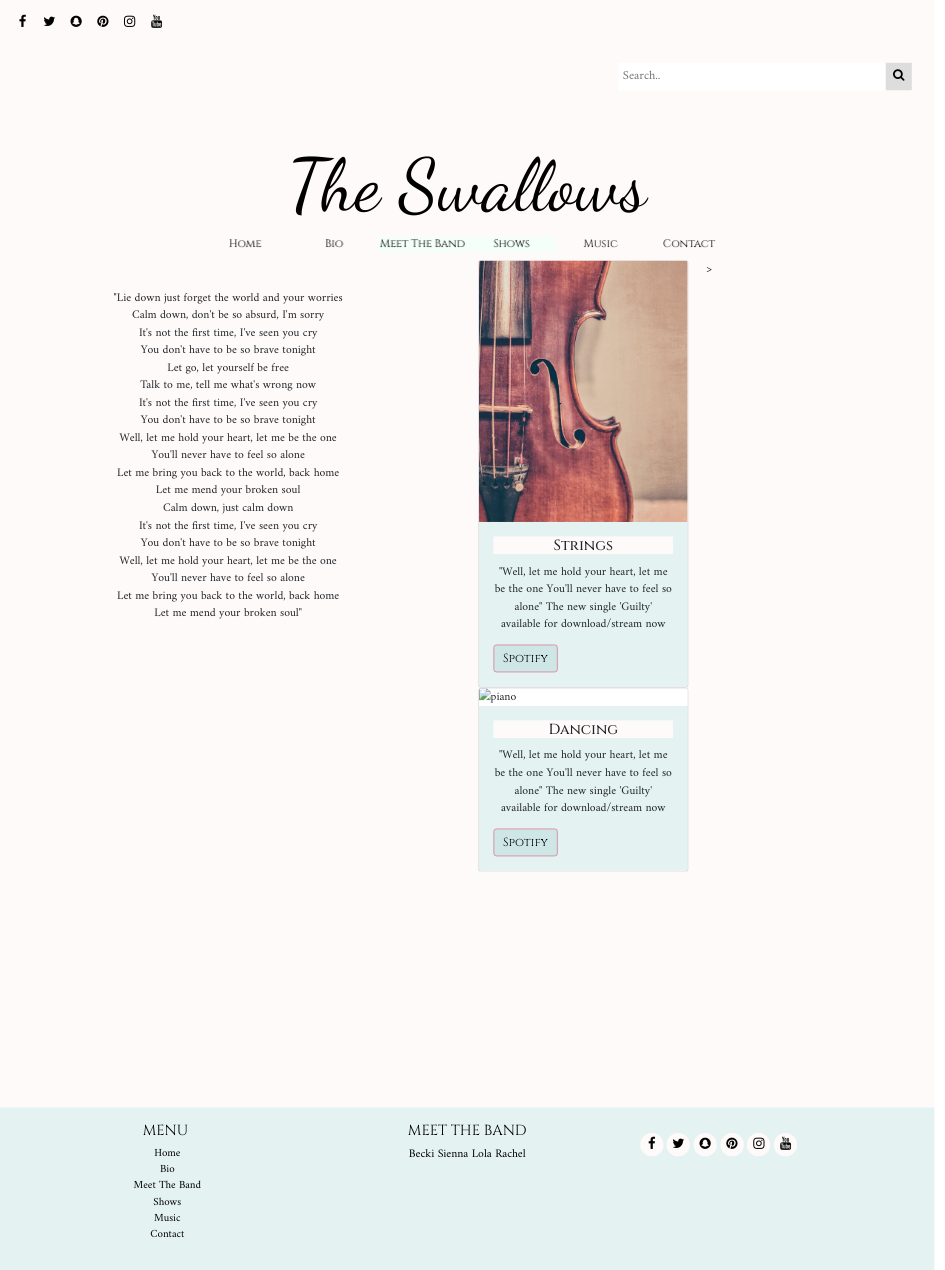
Repository: elizabeth24602/the-swallows
Page: music.html
The author's editor kept a record of every edit. The page is drawn from the files as they stood at one moment, then again after the next edit.
The browser window is 1280 px wide. The page is 1295 px wide, so the pictures cover 1295 px, including what lies to the right of the window. The pictures show the whole page, at 73% of full size.
Pictures or frames that could not be fetched are drawn as grey boxes.

Above is the page before.
Not found: Assessts/Pictures/instruments.jpg

### music.html
<!DOCTYPE html>
<html lang="en">
<head>
    <meta charset="UTF-8">
    <meta name="viewport" content="width=device-width, initial-scale=1.0">
    <meta http-equiv="X-UA-Compatible" content="ie=edge">
    <link rel="stylesheet" href="https://stackpath.bootstrapcdn.com/bootstrap/4.3.1/css/bootstrap.min.css" type="text/css" />
    <link rel="stylesheet" href="https://stackpath.bootstrapcdn.com/font-awesome/4.7.0/css/font-awesome.min.css" type="text/css" />
    <link rel="stylesheet" href="https://fonts.googleapis.com/css?family=Dancing+Script" type="text/css" />
    <link rel="stylesheet" href="https://cdnjs.cloudflare.com/ajax/libs/hover.css/2.3.1/css/hover-min.css" type="text/css" />
    <link rel="stylesheet" href="Assessts/CSS/style.css" type="text/css" />
    <title>The Swallows</title>
</head>
<body>
  <header class="container-fluid">
        <div id="social-links" class="row">
        <div class="col-sm-4">
                <ul class="list-inline social-links">
                    <li class="list-inline-item">
                        <a target="_blank" href="#">
                            <i class="fa fa-facebook" aria-hidden="true"></i>
                            <span class="sr-only">Facebook</span>
                        </a>
                    </li>
                    <li class="list-inline-item">
                        <a target="_blank" href="#">
                            <i class="fa fa-twitter" aria-hidden="true"></i>
                            <span class="sr-only">Twitter</span>
                        </a>
                    </li>
                    <li class="list-inline-item">
                        <a target="_blank" href="#">
                            <i class="fa fa-snapchat" aria-hidden="true"></i>
                            <span class="sr-only">Snapchat</span>
                        </a>
                    </li>
                    <li class="list-inline-item">
                        <a target="_blank" href="#">
                            <i class="fa fa-pinterest" aria-hidden="true"></i>
                            <span class="sr-only">Pinterest</span>
                        </a>
                    </li>
                    <li class="list-inline-item">
                        <a target="_blank" href="#">
                            <i class="fa fa-instagram" aria-hidden="true"></i>
                            <span class="sr-only">Instagram</span>
                        </a>
                    </li>
                    <li class="list-inline-item">
                        <a target="_blank" href="#">
                            <i class="fa fa-youtube" aria-hidden="true"></i>
                            <span class="sr-only">YouTube</span>
                        </a>
                    </li>
                </ul>
            </div>
        </div>
       <div class="topnav">
          <div class="search-container">
            <form action="/action_page.php">
                  <input type="text" placeholder="Search.." name="search">
                  <button type="submit"><i class="fa fa-search"></i></button>
            </form>
          </div>
        </div>
        <div class="row no-gutters bg-color-bandname">
            <div class="col headings">
                <h1 class="bandname">The Swallows</h1>
            </div>
        </div>
        <div class="row no-gutters">
            <div class="col">
                <ul id="nav" class="list-inline menucontainer">
                    <li class="col-4 col-sm-2 ui-menu-color-home list-inline-item menuitem">
                        <a href="index.html" class="hvr-sweep-to-bottom"><span>Home</span></a>
                    </li>
                    <li class="col-4 col-sm-2 ui-menu-color-bio list-inline-item menuitem">
                        <a href="bio.html" class="hvr-sweep-to-bottom"><span>Bio</span></a>
                    </li>
                     <li class="col-4 col-sm-2 ui-menu-color-meet-the-band list-inline-item menuitem">
                        <a href="meet.html" class="hvr-sweep-to-bottom"><span>Meet The Band</span></a>
                    </li>
                    <li class="col-4 col-sm-2 ui-menu-color-shows list-inline-item menuitem">
                        <a href="shows.html" class="hvr-sweep-to-bottom"><span>Shows</span></a>
                    </li>
                    <li class="col-4 col-sm-2 ui-menu-color-music list-inline-item menuitem">
                        <a href="music.html" class="hvr-sweep-to-bottom"><span>Music</span></a>
                    </li>
                    <li class="col-4 col-sm-2 ui-menu-color-contact list-inline-item menuitem">
                        <a href="contact.html" class="hvr-sweep-to-bottom"><span>Contact</span></a>
                    </li>
                </ul>
            </div>
        </div>

    </header>
    <section>
        <div class="row">
            <div class="col-sm-6">
        <p class="lyrics">"Lie down just forget the world and your worries <br>
Calm down, don't be so absurd, I'm sorry <br>
It's not the first time, I've seen you cry <br>
You don't have to be so brave tonight <br>

Let go, let yourself be free <br>
Talk to me, tell me what's wrong now <br>
It's not the first time, I've seen you cry <br>
You don't have to be so brave tonight <br>

Well, let me hold your heart, let me be the one <br>
You'll never have to feel so alone <br>
Let me bring you back to the world, back home <br>
Let me mend your broken soul <br>

Calm down, just calm down <br>
It's not the first time, I've seen you cry <br>
You don't have to be so brave tonight <br>

Well, let me hold your heart, let me be the one <br>
You'll never have to feel so alone <br>
Let me bring you back to the world, back home <br>
Let me mend your broken soul"</p>
</div>
<div class="col-sm-3">
    <div class="card" style="width: 18rem;">
  <img src="Assessts/Pictures/chello.jpg" class="card-img-top" alt="chello">
  <div class="card-body">
    <h5 class="card-title">Strings</h5>
    <p class="card-text">"Well, let me hold your heart, let me be the one You'll never have to feel so alone" The new single 'Guilty' available for download/stream now</p>
    <a href="#" class="btn btn-primary">Spotify</a>
  </div>
</div>
</div.
<div class="col-sm-3">
    <div class="card" style="width: 18rem;">
  <img src="Assessts/Pictures/instruments.jpg" class="card-img-top" alt="piano">
  <div class="card-body">
    <h5 class="card-title">Dancing</h5>
    <p class="card-text">"Well, let me hold your heart, let me be the one You'll never have to feel so alone" The new single 'Guilty' available for download/stream now</p>
    <a href="#" class="btn btn-primary">Spotify</a>
  </div>
</div>
</div>>

</div>
<div class="row">
    <div class="col-sm-12">
        <iframe class="youtube" width="560" height="315" src="https://www.youtube.com/embed/rMNS9oNCL3s" frameborder="0" allow="accelerometer; autoplay; encrypted-media; gyroscope; picture-in-picture" allowfullscreen></iframe>
    </div>
</div>
    </section>
 <footer class="container-fluid">
           <div id="footer-details" class="row">
            <div class="col-sm-4">
                <h5 class="uppercase general-sub">Menu</h5>
                <ul class="inline-block list-inline container-fluid">
                    <li class="list-item">
                        <a target="_blank" href="index.html">
                            <span>Home</span>
                        </a>
                    </li>
                      <li class="list-item">
                        <a target="_blank" href="bio.html">
                            <span>Bio</span>
                        </a>
                    </li>
                      <li class="list-item">
                        <a target="_blank" href="meet.html">
                            <span>Meet The Band</span>
                        </a>
                    </li>
                        </li>
                      <li class="list-item">
                        <a target="_blank" href="shows.html">
                            <span>Shows</span>
                        </a>
                    </li>
                      <li class="list-item">
                        <a target="_blank" href="music.html">
                            <span>Music</span>
                        </a>
                    </li>
                      <li class="list-item">
                        <a target="_blank" href="contact.html">
                            <span>Contact</span>
                        </a>
                    </li>
                </ul>
            </div>
            <div class="col-sm-4">
                <h5 class="uppercase general-sub">Meet the Band</h5>
              <ul class="inline-block list-inline container-fluid">
                    <li class="list-inline-item">
                        <a target="_blank" href="meet.html">
                            <span>Becki</span>
                        </a>
                    </li>
                      <li class="list-inline-item">
                        <a target="_blank" href="meet.html">
                            <span>Sienna</span>
                        </a>
                    </li>
                      <li class="list-inline-item">
                        <a target="_blank" href="meet.html">
                            <span>Lola</span>
                        </a>
                    </li>
                      <li class="list-inline-item">
                        <a target="_blank" href="meet.html">
                            <span>Rachel</span>
                        </a>
                    </li>
                </ul>
            </div>
         <div class="col-sm-4">
                <ul class="list-inline social-links container-fluid">
                    <li class="list-inline-item">
                        <a target="_blank" href="#">
                            <i class="fa fa-facebook" aria-hidden="true"></i>
                            <span class="sr-only">Facebook</span>
                        </a>
                    </li>
                    <li class="list-inline-item">
                        <a target="_blank" href="#">
                            <i class="fa fa-twitter" aria-hidden="true"></i>
                            <span class="sr-only">Twitter</span>
                        </a>
                    </li>
                    <li class="list-inline-item">
                        <a target="_blank" href="#">
                            <i class="fa fa-snapchat" aria-hidden="true"></i>
                            <span class="sr-only">Snapchat</span>
                        </a>
                    </li>
                    <li class="list-inline-item">
                        <a target="_blank" href="#">
                            <i class="fa fa-pinterest" aria-hidden="true"></i>
                            <span class="sr-only">Pinterest</span>
                        </a>
                    </li>
                    <li class="list-inline-item">
                        <a target="_blank" href="#">
                            <i class="fa fa-instagram" aria-hidden="true"></i>
                            <span class="sr-only">Instagram</span>
                        </a>
                    </li>
                    <li class="list-inline-item">
                        <a target="_blank" href="#">
                            <i class="fa fa-youtube" aria-hidden="true"></i>
                            <span class="sr-only">YouTube</span>
                        </a>
                    </li>
                </ul>
            </div>
        </div>

    </footer>
</body>
</html>

### Assessts/CSS/style.css
@import url('https://fonts.googleapis.com/css?family=Dancing+Script:100,200,300,400,500,600,700|Amiri:100,200,300,400,500,600,700|Satisfy:100,200,300,400,500,600,700|Cinzel:100,200,300,400,500,600,700');

/*-------------------------------Colours */

.body {
    background-color: #fffafa;
}

.bg-color-bandname {
 background-color: #fffafa;
}

.ui-menu-color-home {
    background-color: #fffafa;
}

.ui-menu-color-bio {
    background-color: #fffafa;
}

.ui-menu-color-meet-the-band {
    background-color: #f5fffa;
}

.ui-menu-color-shows {
    background-color: #f5fffa;
}

.ui-menu-color-music {
    background-color: #fffafa;
}

.ui-menu-color-contact {
    background-color: #fffafa;
}

/*-------------------------------Search Bar */

* {box-sizing: border-box;}

body {
  margin: 0;
  font-family: Amiri, cursive;
}

.topnav {
  overflow: hidden;
  background-color: #fffafa;
}

.topnav a {
  float: left;
  display: block;
  color: black;
  text-align: center;
  padding: 14px 16px;
  text-decoration: none;
  font-size: 17px;
}

.topnav a:hover {
  background-color: rgba(0, 128, 128, 0.1);
  color: black;
}

.topnav a.active {
  background-color: #fffafa;
  color: white;
}

.topnav .search-container {
  float: right;
}

.topnav input[type=text] {
  padding: 6px;
  margin-top: 8px;
  font-size: 17px;
  border: none;
}

.topnav .search-container button {
  float: right;
  padding: 6px 10px;
  margin-top: 8px;
  margin-right: 16px;
  background: #ddd;
  font-size: 17px;
  border: none;
  cursor: pointer;
}

.topnav .search-container button:hover {
  background: #ccc;
}

@media screen and (max-width: 600px) {
  .topnav .search-container {
    float: none;
  }
  .topnav a, .topnav input[type=text], .topnav .search-container button {
    float: none;
    display: block;
    text-align: left;
    width: 100%;
    margin: 0;
    padding: 14px;
  }
  .topnav input[type=text] {
    border: 1px solid #ccc;
  }
}

/*-------------------------------Special text/padding/margins */

h1,h2,h4 {
    margin: 0;
}

.uppercase {
    text-transform: uppercase;
}

.general-sub {
    font-family: "Cinzel", cursive;
    font-weight: 300;
    color: #000000;
}

.inline-block {
    display: inline-block;
}

/*-------------------------------Heading */

header {
    background: #fffafa;
}

.social-links {
    padding-top: 15px;
    padding-bottom: 15px;
}

.social-links li a i {
    width: 32px;
    height: 32px;
    padding: 12px 0;
    border-radius: 50%;
    font-size: 25px;
    line-height: 7px;
    text-align: center;
    color: #000000;
    background: #fffafa;
    transition: all 0.35s ease-in-out;
    -moz-transition: all 0.35s ease-in-out;
    -webkit-transition: all 0.35s ease-in-out;
    -o-transition: all 0.35s ease-in-out;
}

.social-links li a i:hover {
    background: rgba(0, 128, 128, 0.1);
}

.header {
    margin: 0;
}

.heading {
    margin-left: 50px;
}

.bandname {
    font-family: 'Dancing Script',cursive;
    font-weight: 400;
    font-size: 100px;
    margin-top: 70px;
    color: #000000;
    text-align: center;
}

.list-inline-item:not(:last-child) {
    margin: 0;
}

.menucontainer {
    font-size: 0;
    margin: auto;
    width: 60%;
    padding: 10px;
}

#nav li {
    font-size: 15px;
    font-family: 'Cinzel',cursive;
    padding: 0;
}

.menuitem {
    text-align: center;
    padding: 0;
}

.body {
    text-align: center;
}

.menuitem a {
    width: 100%;
    text-decoration: none;
    color: #000000;
}

/*-------------------------------Hover.css */

.hvr-sweep-to-bottom:before {
    background: rgba(0, 128, 128, 0.1);
}

.hvr-sweep-to-top:before {
    background-color: #db7093;
    text: #000000;
}

.a:hover {
    text-decoration: none;
}

/*-------------------------------Home Section */

section {
    background-color: #fffafa;
}

.center {
  display: block;
  margin-left: auto;
  margin-right: auto;
  width: 50%;
}

.song-title {
    font-family: 'Cinzel',cursive;
    color: #000000;
    padding-top: 20px;
    padding-bottom: 20px;
    position: center;
    text-decoration: none;
    background-color: #fffafa;
    text-align: center;
    margin: 50px;
}

.center {
    width: 300px ;
    position: relative;
    width: 50%;
    padding-top: 20px;
    padding-bottom: 20px;
}

.thorne-img {
    padding-top: 30px;
    padding-bottom: 30px;
    display: block;
    margin-left: auto;
    margin-right: auto;
    width: 40%;
    margin-bottom: 40px;
}

.uppercase {
    text-decoration: none;
    text-align: center;
}

.center-txt {
    font-family: 'Amiri',cursive;
    color: #000000;
    font-size: 150%;
    display: block;
    margin-left: 50px;
    margin-right: 50px;
    margin-bottom: 20px;
    margin-top: 20px;
    padding: 30px;
    width: 50%;
    text-decoration: none;
    background-color: #fffafa;
    line-height: 200px;
    height: 200px;
    text-align: center;
}

.tagline {
    font-family: "Amiri", cursive;
    text-align: center;
    color: #000000;
    padding-top: 70px;
    font-weight: 400;
    font-size: 100%;
    text-decoration: none;
    background:#fffafa;
    list-style-type:none;
    padding: 70px 0;
    font-size: 150%;
}

.tagline:hvr-sweep-to-top {
    background-color: rgba(0, 128, 128, 0.1);
}

/*------------------------------Bio Section */

h2 .our-story {
    font-family: 'Cinzel',cursive;
    font-weight: 100;
    color: #000000;
    padding-top: 60px;
    padding-bottom: 40px;
    text-align: center;
    font-size: 150%;
}

.info {
    font-family: "Amiri",cursive;
    text-align: justify;
    font-size: 110%;
    padding-top: 20px;
    padding-bottom: 100px;
}

.girl {
    display: block;
    margin-left: auto;
    margin-right: auto;
    width: 60%;
    padding-top: 50px;
    padding-bottom: 50px;
}

.quote {
    font-family: 'Amiri',cursive;
    text-align: center;
    font-size: 100%;
    border-style: solid;
    border-width: 3px;
    border-color: #787878;
    background-color: #ffe4e1;
}

/*------------------------------Meet The Band Section */

.name {
    padding-top: 100px;
    padding-bottom: 20px;
    font-family: 'Cinzel',cursive;
    font-size: 200%;
    text-align: center;
}

.bio {
    text-align: center;
    font-weight: 200;
    padding-bottom: 100px;
    padding-top: 50px;
    font-size: 150%;
}

.becki {
    position: static;
    padding: 20px;
    margin-top: 20px;
    margin-bottom: 20px;
    display: block;
    margin-left: auto;
    margin-right: auto;
    width: 90%;
    background-color: #db7093;
}

.lola {
    position: static;
    padding: 20px;
    margin-top: 20px;
    margin-bottom: 20px;
    display: block;
    margin-left: auto;
    margin-right: auto;
    width: 90%;
    background-color: #db7093;
}

.sienna {
    position: static;
    padding: 20px;
    margin-top: 20px;
    margin-bottom: 20px;
    display: block;
    margin-left: auto;
    margin-right: auto;
    width: 90%;
    background-color: #db7093;
}

.rachel {
    position: static;
    padding: 20px;
    margin-top: 20px;
    margin-bottom: 20px;
    display: block;
    margin-left: auto;
    margin-right: auto;
    width: 90%;
    background-color: #db7093;
}

/*------------------------------Shows Section */
#shows {
  font-family: "Cinzel",cursive;
  border-collapse: collapse;
  width: 90%;
  padding-top: 20px;
  padding-bottom: 20px;
  margin: 40px;
}

#shows td, #shows th {
  border: 1px solid #ddd;
  padding: 8px;
}

#shows tr:nth-child(even){background-color: #ffe4e1;}

#shows tr:hover {background-color: #ddd;}

#shows th {
  padding-top: 12px;
  padding-bottom: 12px;
  text-align: center;
  background-color: #f5fffa;
  color: #000000;
}

.quote-shows {
    font-family: 'Amiri',cursive;
    text-align: center;
    font-size: 100%;
    border-style: solid;
    border-width: 3px;
    border-color: #787878;
    background-color: #ffe4e1;
    padding-top: 20px;
    padding-bottom: 20px;
    margin: 20px;
    width: 50%;
    padding: 10px;
    margin-left: 90px;
}

.txt-shows {
    font-family: 'Amiri',cursive;
    color: #000000;
    font-size: 100%;
    display: block;
    margin-left: 85px;
    margin-right: 15px;
    padding: 30px;
    width: 50%;
    text-decoration: none;
    background-color: #fffafa;
    text-align: center;
}

.violin {
    padding-top: 50px;
    padding-bottom: 50px;
    display: block;
    margin-left: auto;
    margin-right: auto;
    width: 80%;
}

/*------------------------------Music Section */
.lyrics {
    font-family: "Amiri",cursive;
    text-align: center;
    padding-bottom: 40px;
    padding-top: 40px;
}

.card-body {
    background-color: rgba(0, 128, 128, 0.1);
}

.card-img-top {

}

.card-title {
    font-family: "Cinzel",cursive;
    text-align: center;
    background-color: #fffafa;
}

.card-text {
    font-family: "Amiri",cursive;
    text-align: center;
}

.btn {
    background-color: rgba(0, 128, 128, 0.1);
    border-color: #db7093;
}

.btn-primary {
    color: #000000;
    font-family: "Cinzel",cursive;
}


/*------------------------------Contact Section */

.contact-us {
    font-family: "Cinzel",cursive;
    color: #000000;
    text-align: center;
    margin-top: 30px;
    margin-bottom: 30px;
}

.contact {
    font-family: "Cinzel",cursive;
    color: #000000;
    text-align: center;
    margin-top: 30px;
    margin-bottom: 30px;
}

.booking {
    font-family: "Amiri",cursive;
    color: #000000;
    text-align: center;
    margin-top: 30px;
    margin-bottom: 30px;
    font-size: 150%;
}

.press {
    font-family: "Amiri",cursive;
    color: #000000;
    text-align: center;
    margin-top: 30px;
    margin-bottom: 30px;
    font-size: 150%
}

.label {
    font-family: "Amiri",cursive;
    color: #000000;
    text-align: center;
    margin-top: 30px;
    margin-bottom: 30px;
    font-size: 150%;
}

.piano {
    padding-top: 50px;
    padding-bottom: 50px;
    display: block;
    margin-left: auto;
    margin-right: auto;
    width: 40%;
}

/*-------------------------------Footer */

footer {
    background-color: rgba(0, 128, 128, 0.1);
    color: #000000;
    min-height: 120px;
    margin: 0;
}

h5 {
    text-align: center;
}

.list-item {
    font-size: 15px;
    color: #000000;
    text-align: center;
    text-decoration: none;
    padding-left: 5px;
    transition: all 0.35s ease-in-out;
    -moz-transition: all 0.35s ease-in-out;
    -webkit-transition: all 0.35s ease-in-out;
    -o-transition: all 0.35s ease-in-out;
}

.list-item:hover {
    background: #fffafa;
}

.inline-block{
    text-align: center;
    color: #000000;
}

a {
    color: #000000;
    text-decoration: none;
    background-color: transparent;
}

.list-inline-item:hover {
    background: #fffafa;
}

.social-links {
    padding-top: 15px;
    padding-bottom: 15px;
}

.social-links li a i {
    width: 32px;
    height: 32px;
    padding: 12px 0;
    border-radius: 50%;
    font-size: 18px;
    line-height: 7px;
    text-align: center;
    color: #000000;
    background: #fffafa;
    transition: all 0.35s ease-in-out;
    -moz-transition: all 0.35s ease-in-out;
    -webkit-transition: all 0.35s ease-in-out;
    -o-transition: all 0.35s ease-in-out;
}

.social-links li a i:hover {
    background: rgba(0, 128, 128, 0.1);
}

#footer-details {
    padding: 20px;
}

After the next edit:
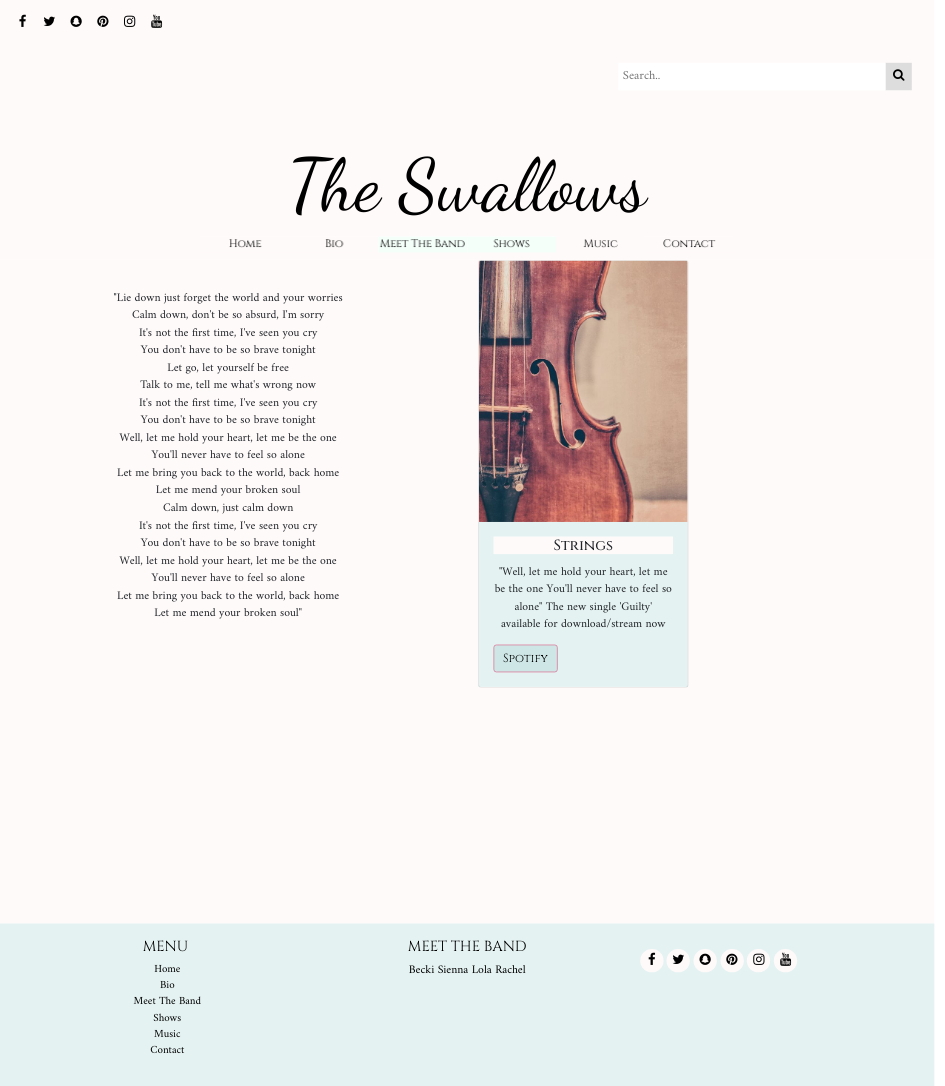
The edit:
--- a/music.html
+++ b/music.html
@@ -130,18 +130,7 @@
     <a href="#" class="btn btn-primary">Spotify</a>
   </div>
 </div>
-</div.
-<div class="col-sm-3">
-    <div class="card" style="width: 18rem;">
-  <img src="Assessts/Pictures/instruments.jpg" class="card-img-top" alt="piano">
-  <div class="card-body">
-    <h5 class="card-title">Dancing</h5>
-    <p class="card-text">"Well, let me hold your heart, let me be the one You'll never have to feel so alone" The new single 'Guilty' available for download/stream now</p>
-    <a href="#" class="btn btn-primary">Spotify</a>
-  </div>
-</div>
-</div>>
-
+</div>
 </div>
 <div class="row">
     <div class="col-sm-12">
